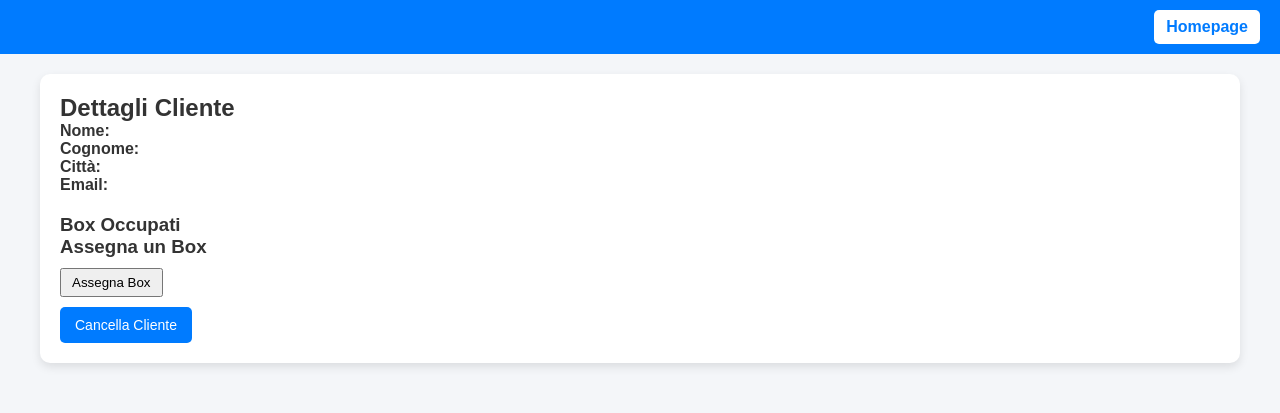
Repository: LorenzoColombo3/BoxMenager
Page: http://localhost/customerdetailpage
These files come from the project's save history. The page is drawn as it stood at one moment and after the next save; the edit follows.
The browser window is 1280 px wide. The pictures show the whole page.
The page is this project's Thymeleaf template; nobody is signed in. The template is opened directly, without the code that normally fills it, so the values that code supplies are empty.

Above is the page before, as saved 2025-02-11 17:28:37.

After the next save:
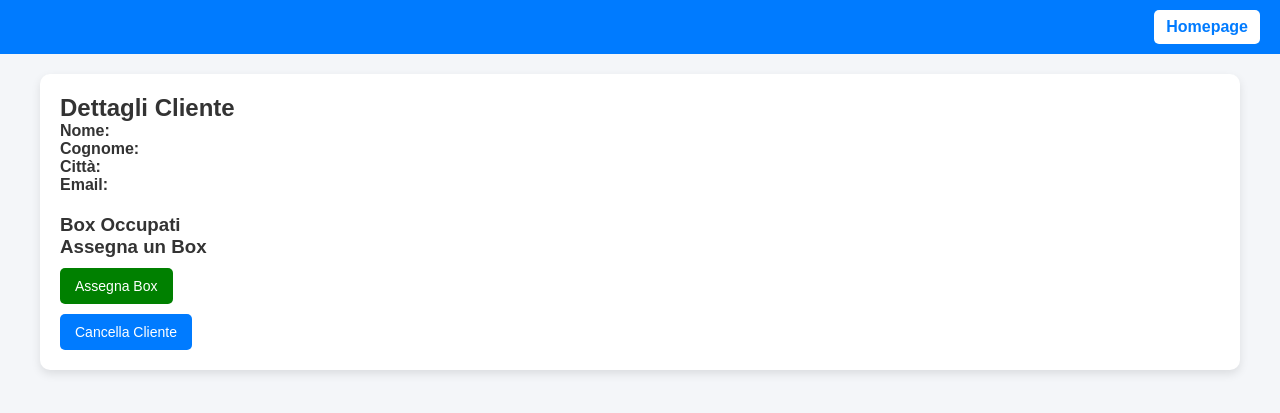
Saved 35 s later.
--- a/box_manager/src/main/resources/static/css/customerdetail.css
+++ b/box_manager/src/main/resources/static/css/customerdetail.css
@@ -80,7 +80,7 @@ button {
     color: white;
 }
 
-.delete-btn{
+.delete-btn,.add-box-btn{
     background-color: #007BFF;
     color: #fff;
     border: none;
@@ -90,6 +90,10 @@ button {
     cursor: pointer;
     transition: background-color 0.3s;
 }
+.add-box-btn {
+    background-color: green;
+    color: white;
+}
 
 
 .delete-btn:hover{
